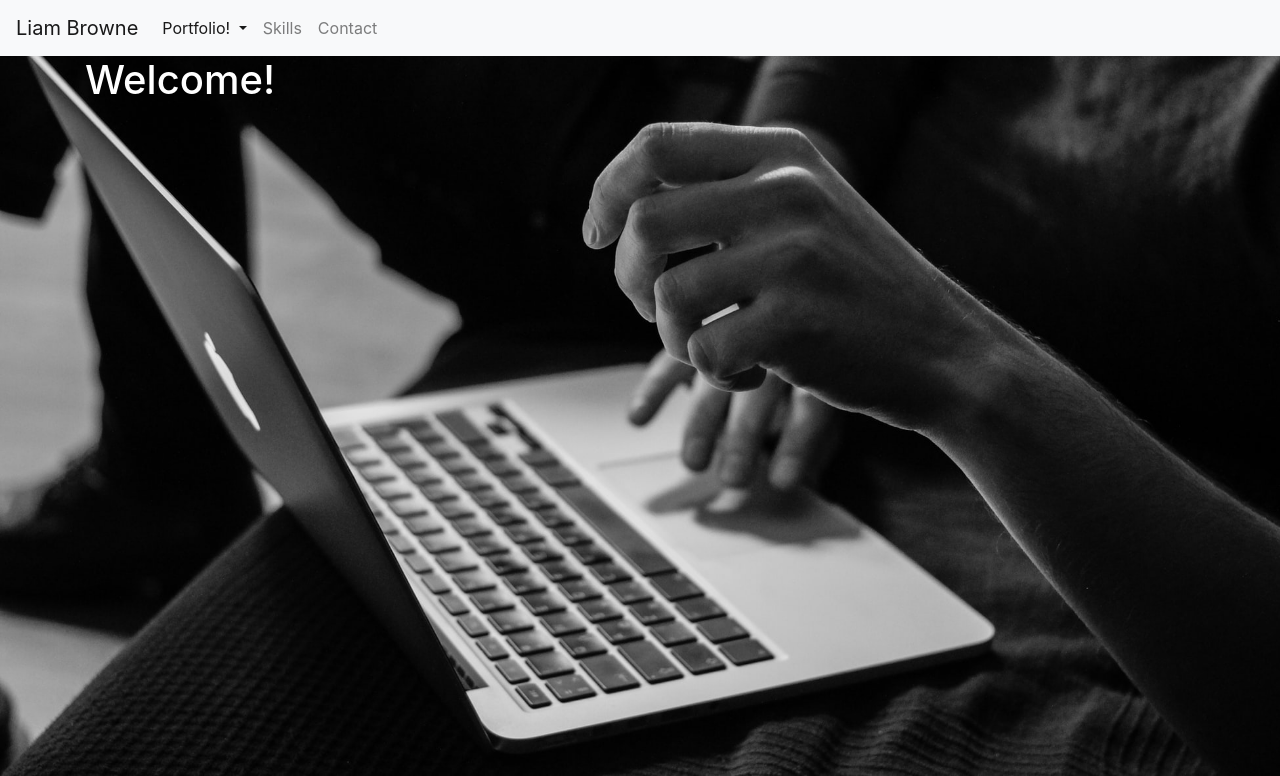
Repository: LiamB123/LiamBrowne.com.github.io
Page: index.html
The author's editor kept a record of every edit. The page is drawn from the files as they stood at one moment, then again after the next edit.
The browser window is 1280 px wide. The pictures show the whole page.
Backgrounds fixed to the window are drawn as part of the page.

Above is the page before.

### index.html
<!DOCTYPE html>
<html lang="en">

<head>
  <meta charset="UTF-8">
  <meta name="viewport" content="width=device-width, initial-scale=1.0">


  <meta http-equiv="X-UA-Compatible" content="ie=edge">

  <title>Liam Browne</title>

  <!--Boostrap Links for Css, Js and Jquery --->
  <link rel="stylesheet" href="https://stackpath.bootstrapcdn.com/bootstrap/4.4.1/css/bootstrap.min.css" integrity="sha384-Vkoo8x4CGsO3+Hhxv8T/Q5PaXtkKtu6ug5TOeNV6gBiFeWPGFN9MuhOf23Q9Ifjh" crossorigin="anonymous">

  <script src="https://code.jquery.com/jquery-3.4.1.slim.min.js" integrity="sha384-J6qa4849blE2+poT4WnyKhv5vZF5SrPo0iEjwBvKU7imGFAV0wwj1yYfoRSJoZ+n" crossorigin="anonymous"></script>
  <script src="https://cdn.jsdelivr.net/npm/popper.js@1.16.0/dist/umd/popper.min.js" integrity="sha384-Q6E9RHvbIyZFJoft+2mJbHaEWldlvI9IOYy5n3zV9zzTtmI3UksdQRVvoxMfooAo" crossorigin="anonymous"></script>
  <script src="https://stackpath.bootstrapcdn.com/bootstrap/4.4.1/js/bootstrap.min.js" integrity="sha384-wfSDF2E50Y2D1uUdj0O3uMBJnjuUD4Ih7YwaYd1iqfktj0Uod8GCExl3Og8ifwB6" crossorigin="anonymous"></script>


  <link rel="stylesheet" href="static/css/custom.css" type="text/css" />

</head>

<body>


  <nav class="navbar navbar-expand-lg navbar-light bg-light">
    <a class="navbar-brand" href="index.html">Liam Browne </a>
    <button class="navbar-toggler" type="button" data-toggle="collapse" data-target="#navbarSupportedContent" aria-controls="navbarSupportedContent" aria-expanded="false" aria-label="Toggle navigation">
    <span class="navbar-toggler-icon"></span>
  </button>

    <div class="collapse navbar-collapse" id="navbarSupportedContent">
      <ul class="navbar-nav mr-auto">
        <li class="nav-item active nav-item dropdown">
          <a class="nav-link dropdown-toggle" href="portfolio.html" id="navbarDropdown" role="button" data-toggle="dropdown" aria-haspopup="true" aria-expanded="false">
          Portfolio!
        </a>
          <div class="dropdown-menu" aria-labelledby="navbarDropdown">
            <a class="dropdown-item" target="_blank" href="https://liams-the-store.herokuapp.com/">E-Commerce</a>
            <a class="dropdown-item" href="portfolio.html">Booze Clues</a>
            <div class="dropdown-divider"></div>
            <a class="dropdown-iitem" href="https://github.com/LiamB123/">

           Check out my GitHub</a>
          </div>
        </li>
        <a class="nav-link" href="Skills.html">Skills<span class="sr-only">(current)</span></a>
        </li>
        <li class="nav-item">
          <a class="nav-link" href="contact.html">Contact</a>
        </li>

      </ul>

    </div>
  </nav>
  <!----Masthead Section---->

  <section>
    <div id="title-img">
      <div class="container">


        <h1 class="white-lettering">
          Welcome!
        </h1>


      </div>
    </div>
  </section>
</body>

<footer class="footer">

      <i class="fab fa-twitter"></i>
    </div>

</footer>
</html>

### static/css/custom.css
<!-- Image Classes-->


#contact-img {
    min-height: 100vh;
    min-width: 100%;
    z-index: -1;
    background-image: url("../img/telephone.jpg");
    background-repeat: no-repeat;
    background-position: center;
    background-attachment: fixed;
}


#title-img{
    background-attachment: fixed;
    background-image: url("../img/laptop.jpg");
    background-position: bottom;
    background-size: cover;
   min-height: 100vh;
    min-width: 100%;
    margin-bottom: 0px;
    z-index: -1;
}

.white-lettering{
    color: white;
}


.vertical-align-center{
    padding-top:50%;
    text-align: center;
    padding-bottom: 30%;
}

After the next edit:
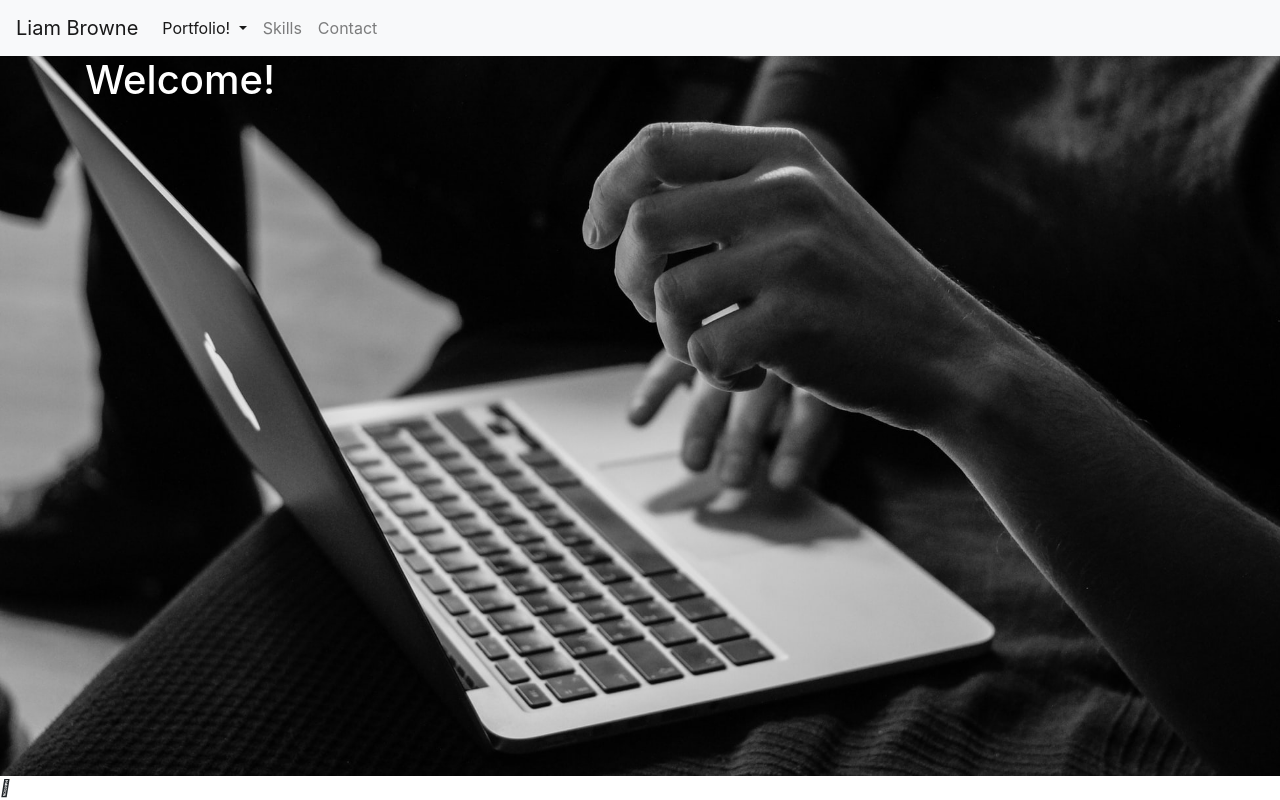
The edit:
--- a/index.html
+++ b/index.html
@@ -17,6 +17,8 @@
   <script src="https://cdn.jsdelivr.net/npm/popper.js@1.16.0/dist/umd/popper.min.js" integrity="sha384-Q6E9RHvbIyZFJoft+2mJbHaEWldlvI9IOYy5n3zV9zzTtmI3UksdQRVvoxMfooAo" crossorigin="anonymous"></script>
   <script src="https://stackpath.bootstrapcdn.com/bootstrap/4.4.1/js/bootstrap.min.js" integrity="sha384-wfSDF2E50Y2D1uUdj0O3uMBJnjuUD4Ih7YwaYd1iqfktj0Uod8GCExl3Og8ifwB6" crossorigin="anonymous"></script>
 
+ <!--Boostrap Links for Font Awesome--->
+  <link rel="stylesheet" href="https://stackpath.bootstrapcdn.com/font-awesome/4.7.0/css/font-awesome.min.css" type="text/css" />
 
   <link rel="stylesheet" href="static/css/custom.css" type="text/css" />
 
@@ -75,8 +77,9 @@
 
 <footer class="footer">
 
-      <i class="fab fa-twitter"></i>
-    </div>
+  <i class="fab fa-twitter"></i>
+  </div>
 
 </footer>
+
 </html>
